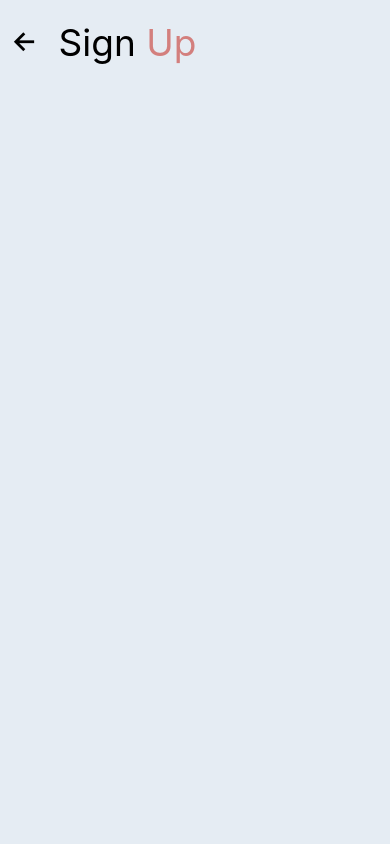
Repository: kgayathridevi/pregband
Screen: /Sign
An editor plug-in stored every save of this project. The screen is shown before and after the next save, followed by the edit.
The app was drawn by React Native's web renderer in a window 390 px wide. The project was rebuilt for these pictures with package versions that can differ from the ones it lists, and the page was loaded fresh each time. Also part of the build but not shown: component/Home.jsx.

Above is the screen before, as saved 2023-04-30 07:39:06.

### App.js
import { NavigationContainer } from "@react-navigation/native";
import { createNativeStackNavigator } from "@react-navigation/native-stack";
import { StatusBar } from "expo-status-bar";
import { StyleSheet, Text, View } from "react-native";
import SignUpScreen from "./component/SignUpScreen";
import LogInScreen from "./component/LogInScreen";
import Home from "./component/Home";

const Stack = createNativeStackNavigator();
export default function App() {
  return (
    <NavigationContainer>
      <Stack.Navigator initialRouteName="Log">
        <Stack.Screen
          options={{ headerShown: false }}
          name="Log"
          component={LogInScreen}
        />
        <Stack.Screen
          options={{ headerShown: false }}
          name="Sign"
          component={SignUpScreen}
        />
        <Stack.Screen name="Home" component={Home} />
      </Stack.Navigator>
    </NavigationContainer>
  );
}

const styles = StyleSheet.create({
  // container: {
  //   flex: 1,
  //   backgroundColor: '#fff',
  //   alignItems: 'center',
  //   justifyContent: 'center',
  // },
});

### component/SignUpScreen.jsx
import { StyleSheet, Text, View, TextInput } from "react-native";
import React from "react";
import { Button } from "react-native";
import Ionicons from "@expo/vector-icons/Ionicons";
import { SafeAreaView } from "react-native-safe-area-context";

const SignUpScreen = ({ navigation }) => {
  return (
    <SafeAreaView style={styles.container}>
      <View style={styles.headerContainer}>
        <View style={styles.btnCont}>
          <Ionicons name="arrow-back" color="black" size={30} />
        </View>
        <View style={styles.titleContain}>
          <Text style={styles.textC}>Sign</Text>
          <Text style={[styles.textC, styles.textC2]}> Up</Text>
        </View>
      </View>
      <View></View>
    </SafeAreaView>
  );
};

export default SignUpScreen;

const styles = StyleSheet.create({
  container: {
    height: "100%",
    backgroundColor: "#E5ECF3",
  },
  headerContainer: {
    height: "10%",
    flexDirection: "row",
    alignItems: "center",
    justifyContent: "space-between",
  },
  btnCont: {
    padding: 10,
  },
  titleContain: {
    flexDirection: "row",
    width: "85%",
  },
  textC: {
    fontSize: 37,
  },
  textC2: {
    color: "#D37F7D",
  },
});

### component/LogInScreen.jsx
import {
  Button,
  StyleSheet,
  Text,
  TextInput,
  TouchableOpacity,
  View,
} from "react-native";
import React from "react";
import { SafeAreaView } from "react-native-safe-area-context";
import Ionicons from "@expo/vector-icons/Ionicons";

const LogInScreen = ({ navigation }) => {
  return (
    <SafeAreaView style={styles.container}>
      <View style={styles.headerContainer}>
        <View style={styles.btnCont}>
          {/* <Text>back</Text> */}
          <Ionicons name="arrow-back" color="black" size={30} />
        </View>
        <View style={styles.titleContain}>
          <Text style={styles.textC}>Log</Text>
          <Text style={[styles.textC, styles.textC2]}> In</Text>
        </View>
      </View>
      <View style={styles.mainContainer}>
        <View style={styles.inputContainer}>
          <Text style={{ fontSize: 18 }}>Email</Text>
          <TextInput style={styles.textInp} placeholder="Enter your name" />

          <Text style={{ fontSize: 18, marginTop: 15 }}>Password</Text>
          <TextInput style={styles.textInp} placeholder="Enter your password" />

          <View style={{ marginTop: 55, alignItems: "center" }}>
            <TouchableOpacity
              style={styles.logBtn}
              onPress={() => navigation.navigate("Home")}
            >
              <Text style={{ fontSize: 18 }}>Log In</Text>
            </TouchableOpacity>
            <TouchableOpacity onPress={() => navigation.navigate("Sign")}>
              <Text style={{ textDecorationLine: "underline", marginTop: 15 }}>
                Dont have an account? SignUp
              </Text>
            </TouchableOpacity>
          </View>
        </View>
        <View></View>
      </View>
    </SafeAreaView>
  );
};

export default LogInScreen;

const styles = StyleSheet.create({
  container: {
    // borderWidth: 2,
    height: "100%",
    backgroundColor: "#E5ECF3",
    padding: 10,
  },
  headerContainer: {
    // borderWidth: 2,
    height: "10%",
    flexDirection: "row",
    justifyContent: "space-between",
  },
  titleContain: {
    // borderWidth: 2,
    flexDirection: "row",
    width: "85%",
    alignItems: "center",
  },
  btnCont: {
    justifyContent: "center",
    // borderWidth: 2,
  },
  textC: {
    fontSize: 37,
  },
  textC2: {
    color: "#D37F7D",
  },

  mainContainer: {
    // borderWidth: 2,
    height: "90%",
    borderColor: "red",
  },
  inputContainer: {
    // borderWidth: 2,
    height: "80%",
    justifyContent: "center",
    padding: 10,
  },
  textInp: {
    borderWidth: 4,
    borderColor: "#D4ADAC",
    borderRadius: 20,
    height: 50,
    paddingHorizontal: 5,
    marginTop: 10,
  },
  logBtn: {
    backgroundColor: "#F9E8E6",
    height: 40,
    alignItems: "center",
    justifyContent: "center",
    width: "50%",
    borderRadius: 15,
  },
});

After the next save:
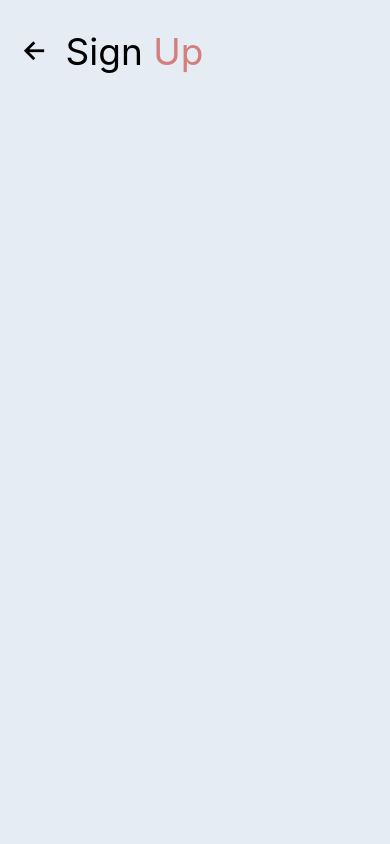
Saved 76 s later.
--- a/component/SignUpScreen.jsx
+++ b/component/SignUpScreen.jsx
@@ -27,6 +27,7 @@ const styles = StyleSheet.create({
   container: {
     height: "100%",
     backgroundColor: "#E5ECF3",
+    padding: 10,
   },
   headerContainer: {
     height: "10%",
